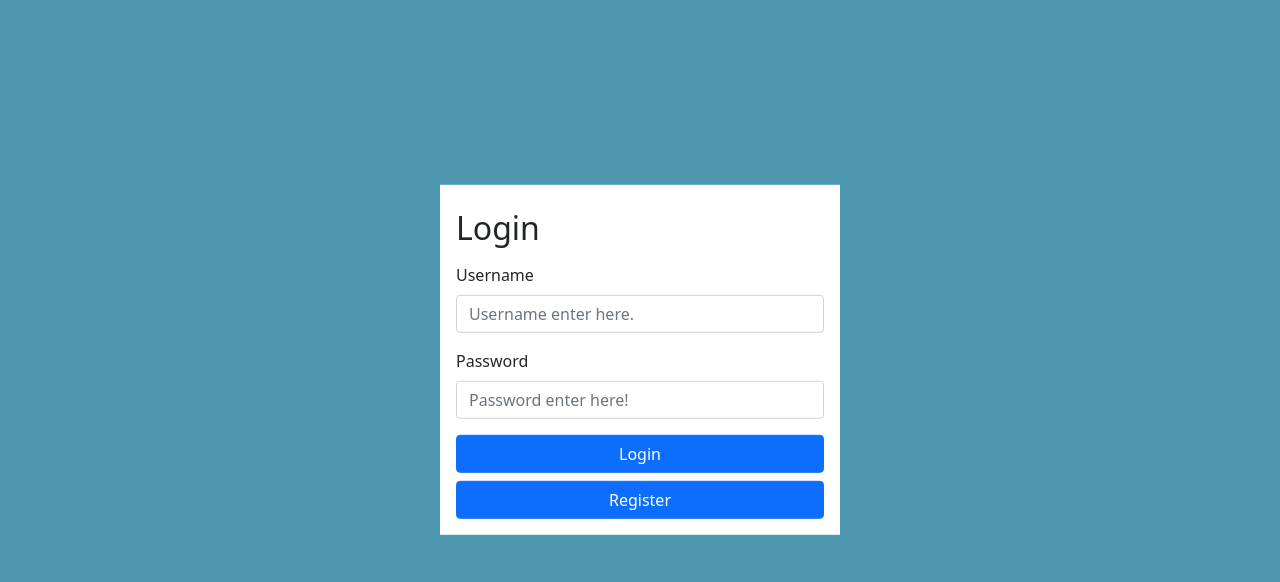
Repository: beroge/proactiveIT
Page: http://localhost/login.php
The author's editor kept a copy of each file at every save. The page is drawn from the files as they stood at one save, then again after a run of saves.
The browser window is 1280 px wide. The pictures show the whole page.
The page is run by PHP 8.4 with error messages shown; the project is at /var/www/html/.

Above is the page before, as saved 2023-05-07 14:55:02.

### login.php
<?php
	session_start();
	ob_start();

	if (isset($_SESSION['id'])) {
		header('Location: users/');
	}
	include_once 'includes/connection.php';
?>

<!DOCTYPE html>
<html lang="en">
<head>
	<meta charset="UTF-8">
	<meta name="viewport" content="width=device-width, initial-scale=1.0">
	<title>RX UMS</title>
	<link rel="stylesheet" href="https://cdn.jsdelivr.net/npm/bootstrap@5.1.3/dist/css/bootstrap.min.css">
	<link rel="stylesheet" href="assets/css/style.css">
	<script src="https://ajax.googleapis.com/ajax/libs/jquery/3.5.1/jquery.min.js"></script>
	<link rel="stylesheet" href="https://cdnjs.cloudflare.com/ajax/libs/font-awesome/4.7.0/css/font-awesome.min.css">
</head>


<div class="container">
	<div class="position-absolute top-50 start-50 translate-middle">

		<?php
			if (isset($_SESSION['msg'])) {
				echo $_SESSION['msg'];
				unset($_SESSION['msg']);
			}
		 ?>

		 <div class="form bg-white p-3">

		<form action="action/loginProcess.php" method="post">

			<h2 class="mb-3 mt-2">Login</h2>

		  <div class="mb-3">
		    <label class="form-label">Username</label>
		    <input type="text" name="username" autocomplete="off" class="form-control" placeholder="Username enter here." required="">
		  </div>

		  <div class="mb-3">
		    <label class="form-label">Password</label>
		    <input type="password" name="password" autocomplete="off" class="form-control" placeholder="Password enter here!" required="">
		  </div>

		  <button type="submit" name="submit" class="btn btn-primary w-100">Login</button>

		</form>
		  <a href="register.php" class="btn btn-primary mt-2 w-100">Register</a>
		</div>
	</div>
</div>


<?php include_once 'includes/footer.php'; ?>

### includes/connection.php
<?php
	$servername = "localhost";  // Host name depends on server
	$username = "root"; // DataBase username
	$password = ""; // DataBase password
	$database = "database"; // DataBase name

	$connection = new mysqli($servername, $username, $password, $database);

	if ($connection->connect_error) {
	  die("Connection failed: " . $connection->connect_error);
	}
	echo "";
?>

### includes/footer.php
<script
  src="https://code.jquery.com/jquery-3.6.0.js"></script>
<script src="assets/js/script.js"></script>
</body>
</html>

### assets/css/style.css
body {
	background: #4c97af !important;
}

.form {
	width: 400px !important;
}

### assets/js/script.js
$(document).ready(function(){
	$('#username').blur(function() {
		var username = $(this).val();
		$.ajax({
			url: 'action/checker.php',
			method: "POST",
			data: {username:username},
			dataType: "text",
			beforeSend:function() {
				$('#usernameChecking').text('Checking Username..')
			},
			success:function(html) {
				$('#usernameAvailability').html(html);
				$('#usernameChecking').css('display', 'none')
			}
		});
	});


	$('#email').blur(function() {
	var email = $(this).val();
	$.ajax({
		url: 'action/checker.php',
		method: "POST",
		data: {email:email},
		dataType: "text",
		beforeSend:function() {
			$('#emailChecking').text('Checking Email Address..')
		},
		success:function(html) {
			$('#emailAvailability').html(html);
			$('#emailChecking').css('display', 'none')
		}
	});
  });
});

After the next 2 saves:
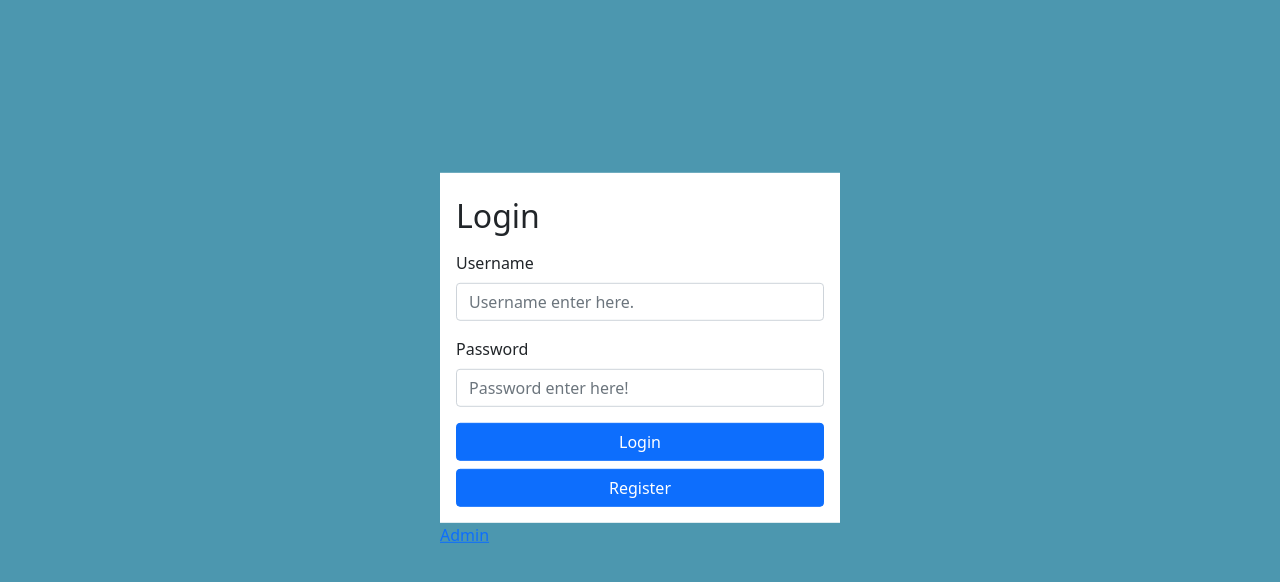
The 2 saves are shown as one change because they came seconds apart.
The last was saved 23 s later.
--- a/login.php
+++ b/login.php
@@ -52,6 +52,7 @@
 		</form>
 		  <a href="register.php" class="btn btn-primary mt-2 w-100">Register</a>
 		</div>
+		<a href="data/">Admin</a>
 	</div>
 </div>
 
